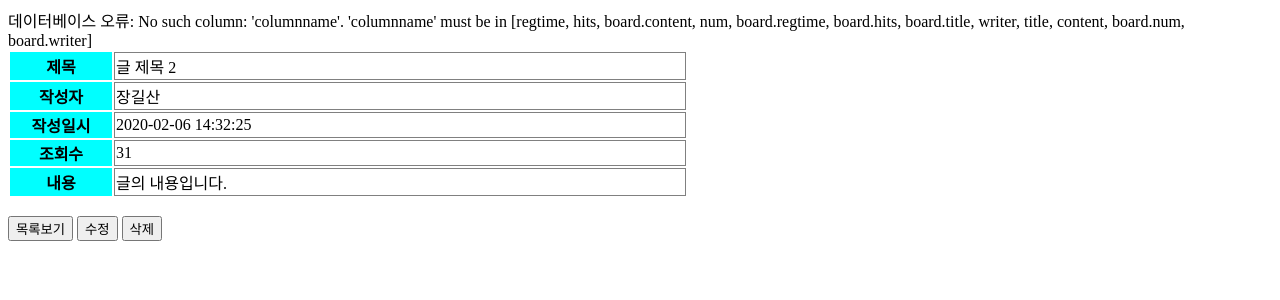
Repository: kdh2212/KDT_code
Page: http://localhost/20250807Web/boardUpdate.jsp
These files come from the project's save history. The page is drawn as it stood at one moment and after the next save; the edit follows.
The browser window is 1280 px wide. The pictures show the whole page.
The page is served by Tomcat 9. The database holds what the project's SQL file puts in it.

Above is the page before, as saved 2025-08-07 07:37:51.

After the next save:
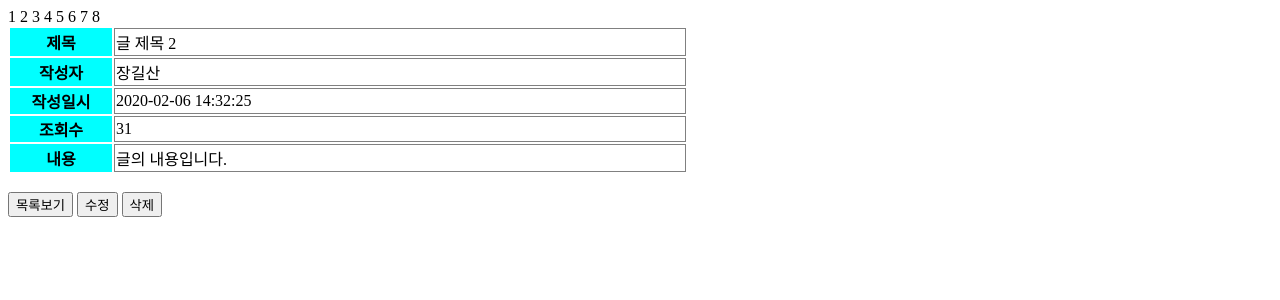
Saved 3 s later.
--- a/20250807Web/src/main/webapp/boardUpdate.jsp
+++ b/20250807Web/src/main/webapp/boardUpdate.jsp
@@ -23,7 +23,7 @@ try {
     stmt = conn.createStatement();
     rs = stmt.executeQuery("SELECT * FROM board");
     while (rs.next()) {
-        out.println(rs.getString("columnname"));
+        out.println(rs.getString("num"));
     }
 } catch (SQLException e) {
     out.println("데이터베이스 오류: " + e.getMessage());
